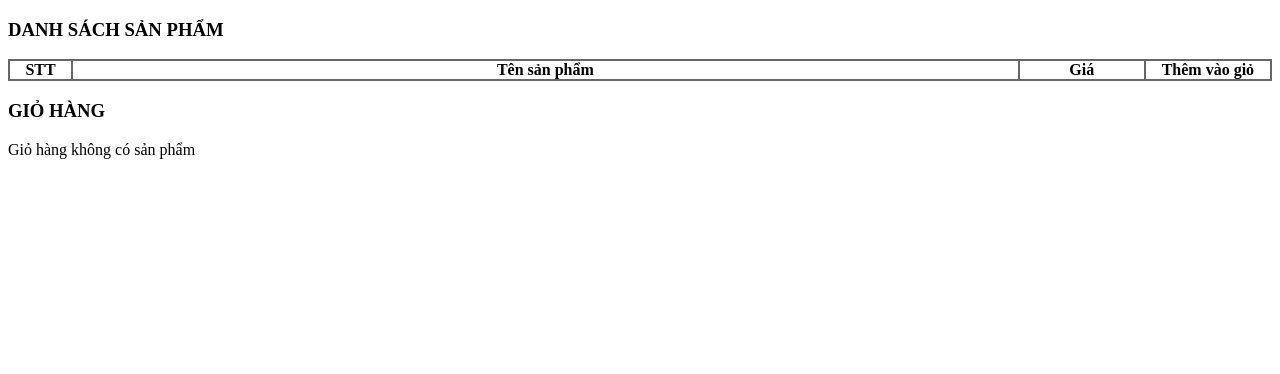
Repository: Dongnguyen318/Quydong
Page: Day 27/index.html
The author's editor kept a copy of each file at every save. The page is drawn from the files as they stood at one save, then again after the next save.
The browser window is 1280 px wide. The pictures show the whole page.

Above is the page before, as saved 2023-09-23 22:46:32.
Console error: ReferenceError: Cannot access 'cartList' before initialization

### Day 27/index.html
<!DOCTYPE html>
<html lang="en">
  <head>
    <meta charset="UTF-8" />
    <meta name="viewport" content="width=device-width, initial-scale=1.0" />
    <title>Document</title>

    <style>
      .cart-list .cart-list-table,
      .product-list .product-list-table {
        width: 100%;
        border-collapse: collapse;
      }

      .cart-list .cart-list-table th,
      .cart-list .cart-list-table td,
      .product-list .product-list-table th,
      .product-list .product-list-table td {
        border: 2px solid rgb(103, 103, 103);
        padding: 0;
        margin: 0;
      }

      .product-list .product-list-table td:last-child {
        text-align: center;
      }

      .product-list .product-list-table button {
        width: 100%;
      }

      .product-list .product-list-table input {
        width: 90%;
      }
    </style>
  </head>

  <body>
    <div class="product-list">
      <h3 class="product-list-heading">DANH SÁCH SẢN PHẨM</h3>
      <table class="product-list-table">
        <thead>
          <tr>
            <th width="5%">STT</th>
            <th width="75%">Tên sản phẩm</th>
            <th width="10%">Giá</th>
            <th width="10%">Thêm vào giỏ</th>
          </tr>
        </thead>
        <tbody></tbody>
      </table>
    </div>

    <div class="cart-list">
      <h3 class="cart-list-heading">GIỎ HÀNG</h3>
      <p class="cart-empty">Giỏ hàng không có sản phẩm</p>
      <table class="cart-list-table"></table>

      <div class="edit-btn"></div>
    </div>
    <script src="./js.js"></script>
  </body>
</html>

### Day 27/js.js
const productList = document.querySelector(".product-list");
const productListTable = productList.querySelector(".product-list-table");
const editBtn = cartList.querySelector(".edit-btn");
const cartListTable = cartList.querySelector(".cart-list-table");
const cartList = document.querySelector(".cart-list");

// tạo sản phẩm trong bảng
let arrProducts = [
  { productName: "Sản phẩm 1", price: 1000 },
  { productName: "Sản phẩm 2", price: 2000 },
  { productName: "Sản phẩm 3", price: 3000 },
  { productName: "Sản phẩm 4", price: 4000 },
];

arrProducts.forEach(function (element, index) {
  let tableRow = document.createElement("tr");
  tableRow.innerHTML = `
    <td>${index + 1}</td>
    <td>${element.productName}</td>
    <td>${element.price}</td>
    <td>
        <input type="number">
        <button class="add-btn">Thêm vào giỏ</button>
    </td>
    `;
  productListTable.children[1].append(tableRow);
});

let listInput = productListTable.querySelectorAll("input");

listInput.forEach(function (element) {
  element.value = 1;
});

// thêm sản phẩm vào list

function getParentElement(childElement, level = 1) {
  while (level > 0) {
    childElement = childElement.parentElement;
    level--;
  }
  return childElement;
}

let target,
  rowProduct,
  productQuantity,
  objectInfoItem,
  bodyCartTable,
  dataCartItem,
  rowCartTotal;
let arrCartProduct = [];
let innerEditBtn = `
<hr>
<button class="update-cart-btn">Cập nhật giỏ hàng</button>
<button class="delete-cart-btn">Xóa giỏ hàng</button>`;

if (localStorage.getItem("cart"))
  arrCartProduct = JSON.parse(localStorage.getItem("cart"));

document.addEventListener("DOMContentLoaded", function () {
  if (arrCartProduct.length > 0) {
    cartListTable.previousElementSibling.style.display = "none";
    cartListTable.innerHTML = `
        <thead>
            <tr>
                <th width="5%">STT</th>
                <th width="30%">Tên sản phẩm</th>
                <th width="20%">Giá</th>
                <th width="20%">Số lượng</th>
                <th width="20%">Thành tiền</th>
                <th width="5%">Xóa</th>
            </tr>
        </thead>
        <tbody>
            <tr>
                <td colspan="3">Tổng</td>
                <td></td>
                <td colspan="2"></td>
            </tr>
        </tbody>`;

    bodyCartTable = cartListTable.children[1];
    rowCartTotal = bodyCartTable.querySelector("tr:last-child");

    for (let i = 0; i < arrCartProduct.length; i++) {
      let rowCartItem = document.createElement("tr");
      dataCartItem = `
            <td>${i + 1}</td>
            <td>${arrCartProduct[i].name}</td>
            <td>${arrCartProduct[i].price}</td>
            <td><input type="number" value="${
              arrCartProduct[i].quantity
            }" class="input-cart"></td>
            <td>${arrCartProduct[i].perTotal}</td>
            <td><button class="delete-btn">Xóa</button></td>`;
      rowCartItem.innerHTML = dataCartItem;
      bodyCartTable.insertBefore(rowCartItem, rowCartTotal);

      rowCartTotal.children[1].innerText =
        +rowCartTotal.children[1].innerText + +arrCartProduct[i].quantity;
      rowCartTotal.children[2].innerText =
        +rowCartTotal.children[2].innerText + +arrCartProduct[i].perTotal;

      editBtn.innerHTML = innerEditBtn;
    }
  }
});

productListTable.addEventListener("click", function (e) {
  target = e.target;

  if (target.classList.contains("add-btn")) {
    rowProduct = getParentElement(target, 2);
    productQuantity = +target.previousElementSibling.value;

    if (productQuantity && productQuantity > 0) {
      if (arrCartProduct.length === 0) {
        cartListTable.previousElementSibling.style.display = "none";
        cartListTable.innerHTML = `
                <thead>
                    <tr>
                        <th width="5%">STT</th>
                        <th width="30%">Tên sản phẩm</th>
                        <th width="20%">Giá</th>
                        <th width="20%">Số lượng</th>
                        <th width="20%">Thành tiền</th>
                        <th width="5%">Xóa</th>
                    </tr>
                </thead>
                <tbody>
                    <tr>
                        <td colspan="3">Tổng</td>
                        <td></td>
                        <td colspan="2"></td>
                    </tr>
                </tbody>`;
      }
      bodyCartTable = cartListTable.children[1];
      rowCartTotal = bodyCartTable.querySelector("tr:last-child");

      let nameCartItem = rowProduct.children[1].innerText;
      let priceCartItem = rowProduct.children[2].innerText;
      let quantityCartItem = rowProduct.children[3].firstElementChild.value;
      let perTotalCartItem = +priceCartItem * +quantityCartItem;

      objectInfoItem = {
        name: nameCartItem,
        price: priceCartItem,
        quantity: quantityCartItem,
        perTotal: perTotalCartItem,
      };

      arrCartProduct.push(objectInfoItem);

      if (arrCartProduct.length > 1) {
        for (let i = 0; i < arrCartProduct.length; i++) {
          let check = false;
          for (let j = i + 1; j < arrCartProduct.length; j++) {
            if (arrCartProduct[i].name === arrCartProduct[j].name) {
              arrCartProduct[i].quantity =
                +arrCartProduct[i].quantity + +arrCartProduct[j].quantity;
              arrCartProduct[i].perTotal =
                +arrCartProduct[i].quantity * +arrCartProduct[i].price;
              arrCartProduct.splice(j, 1);
              check = true;
              break;
            }
          }
          if (check) break;
        }
      }

      bodyCartTable.innerHTML = `
            <tbody>
                <tr>
                    <td colspan="3">Tổng</td>
                    <td>0</td>
                    <td colspan="2">0</td>
                </tr>
            </tbody>`;
      rowCartTotal = bodyCartTable.querySelector("tr:last-child");

      localStorage.setItem("cart", JSON.stringify(arrCartProduct));
      arrCartProduct = arrCartProduct = JSON.parse(
        localStorage.getItem("cart")
      );
      for (let i = 0; i < arrCartProduct.length; i++) {
        let rowCartItem = document.createElement("tr");
        dataCartItem = `
                <td>${i + 1}</td>
                <td>${arrCartProduct[i].name}</td>
                <td>${arrCartProduct[i].price}</td>
                <td><input type="number" value="${
                  arrCartProduct[i].quantity
                }" class="input-cart"></td>
                <td>${arrCartProduct[i].perTotal}</td>
                <td><button class="delete-btn">Xóa</button></td>`;
        rowCartItem.innerHTML = dataCartItem;
        bodyCartTable.insertBefore(rowCartItem, rowCartTotal);

        rowCartTotal.children[1].innerText =
          +rowCartTotal.children[1].innerText + +arrCartProduct[i].quantity;
        rowCartTotal.children[2].innerText =
          +rowCartTotal.children[2].innerText + +arrCartProduct[i].perTotal;
      }

      editBtn.innerHTML = innerEditBtn;
    }
  }
});
// xoá sản phẩm

After the next save:
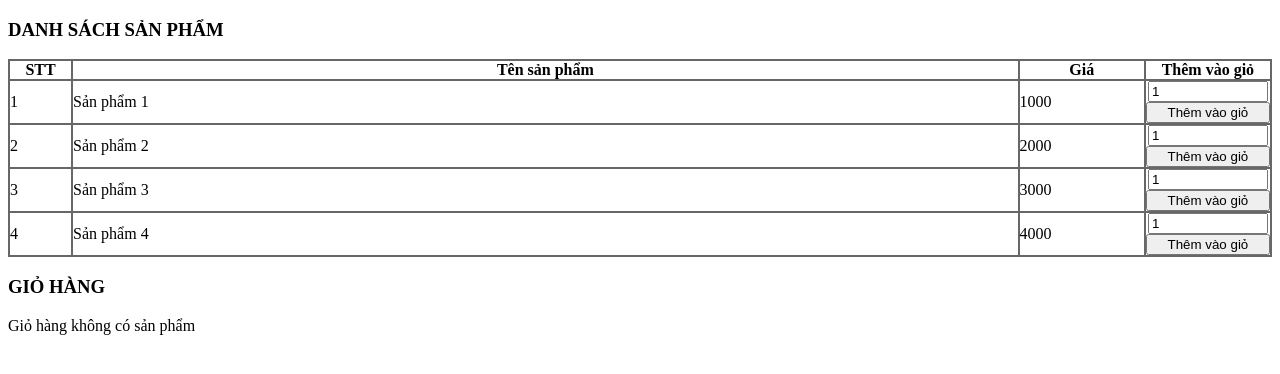
The error is gone.
Saved 7 min 12 s later.
--- a/Day 27/js.js
+++ b/Day 27/js.js
@@ -1,8 +1,8 @@
 const productList = document.querySelector(".product-list");
 const productListTable = productList.querySelector(".product-list-table");
+const cartList = document.querySelector(".cart-list");
+const cartListTable = cartList.querySelector(".cart-list-table");
 const editBtn = cartList.querySelector(".edit-btn");
-const cartListTable = cartList.querySelector(".cart-list-table");
-const cartList = document.querySelector(".cart-list");
 
 // tạo sản phẩm trong bảng
 let arrProducts = [
